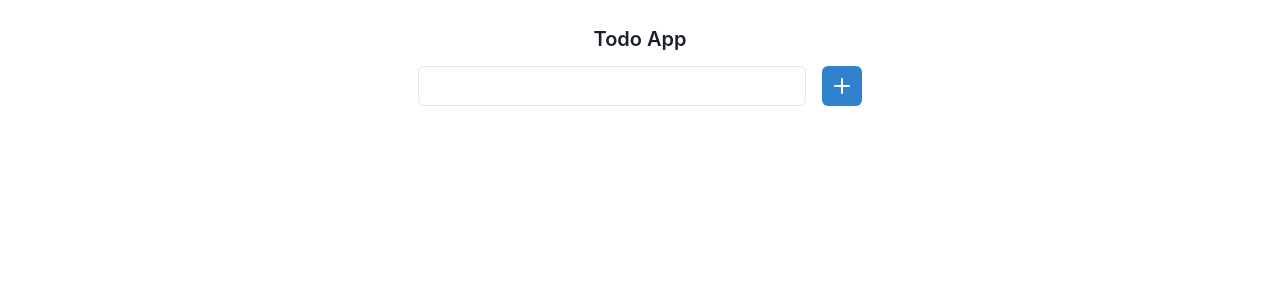
Repository: jammy729/todo-react
Page: /
An editor plug-in stored every save of this project. The page is shown before and after the next save, followed by the edit.
The browser window is 1280 px wide. The pictures show the whole page.
The page's requests for data from a server got no answer. The project was rebuilt for these pictures with package versions that can differ from the ones it lists, and the page was loaded fresh each time. No one was signed in, and anything a server would have sent is missing. Also part of the build but not shown: vite.config.js.

Above is the page before, as saved 2022-07-19 14:08:32.

After the next save:
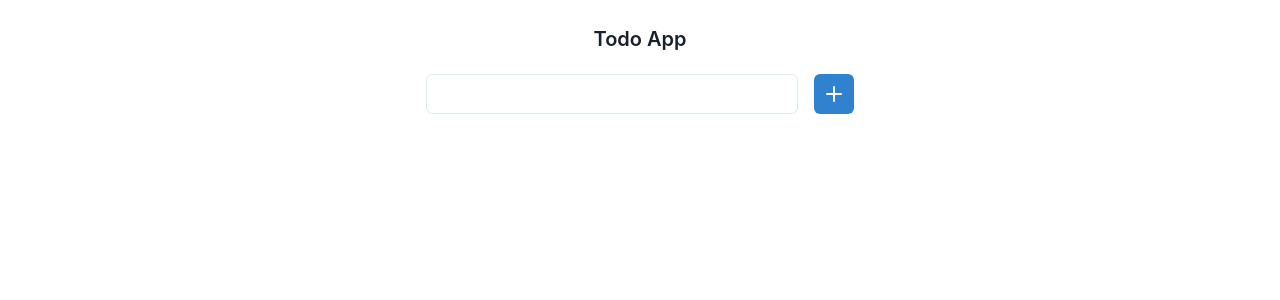
Saved 4 s later.
--- a/src/App.jsx
+++ b/src/App.jsx
@@ -94,7 +94,7 @@ const App = () => {
           Todo App
         </Text>
       </Box>
-      <Flex m={3}>
+      <Flex m={5}>
         <Input value={todo} onChange={handleChange} mr={4} />
         {edit ? (
           <>
